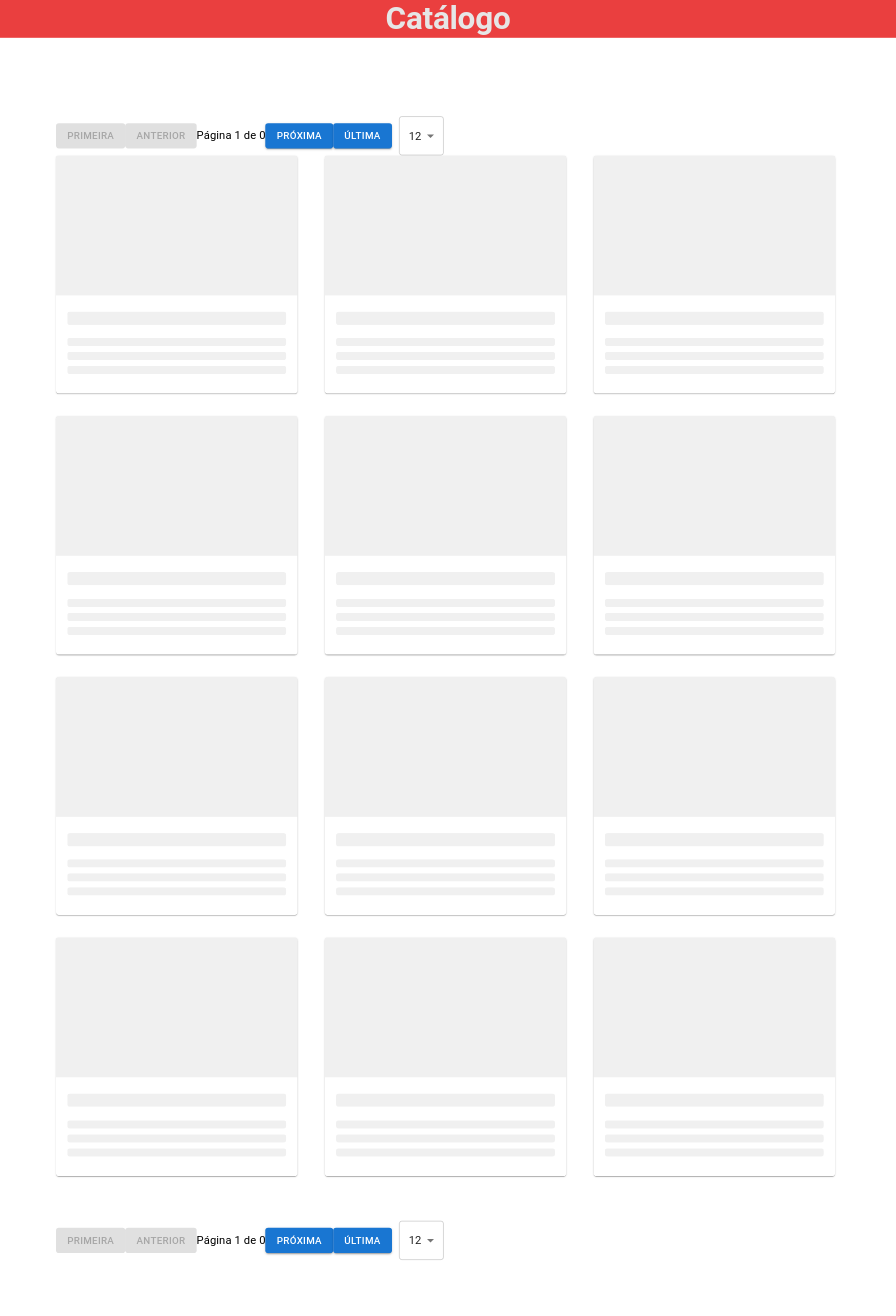
Repository: lenx0/PokeWiki-Front
Page: /
An editor plug-in stored every save of this project. The page is shown before and after the next save, followed by the edit.
The browser window is 1280 px wide. The pictures show the whole page, at 70% of full size.
The page's requests for data from a server got no answer. The project was rebuilt for these pictures with package versions that can differ from the ones it lists, and the page was loaded fresh each time. The framework's server and built-in components were replaced by stand-ins that run in the browser. No one was signed in, and anything a server would have sent is missing. Also part of the build but not shown: next.config.mjs.

Above is the page before, as saved 2024-02-16 22:21:22.

After the next save:
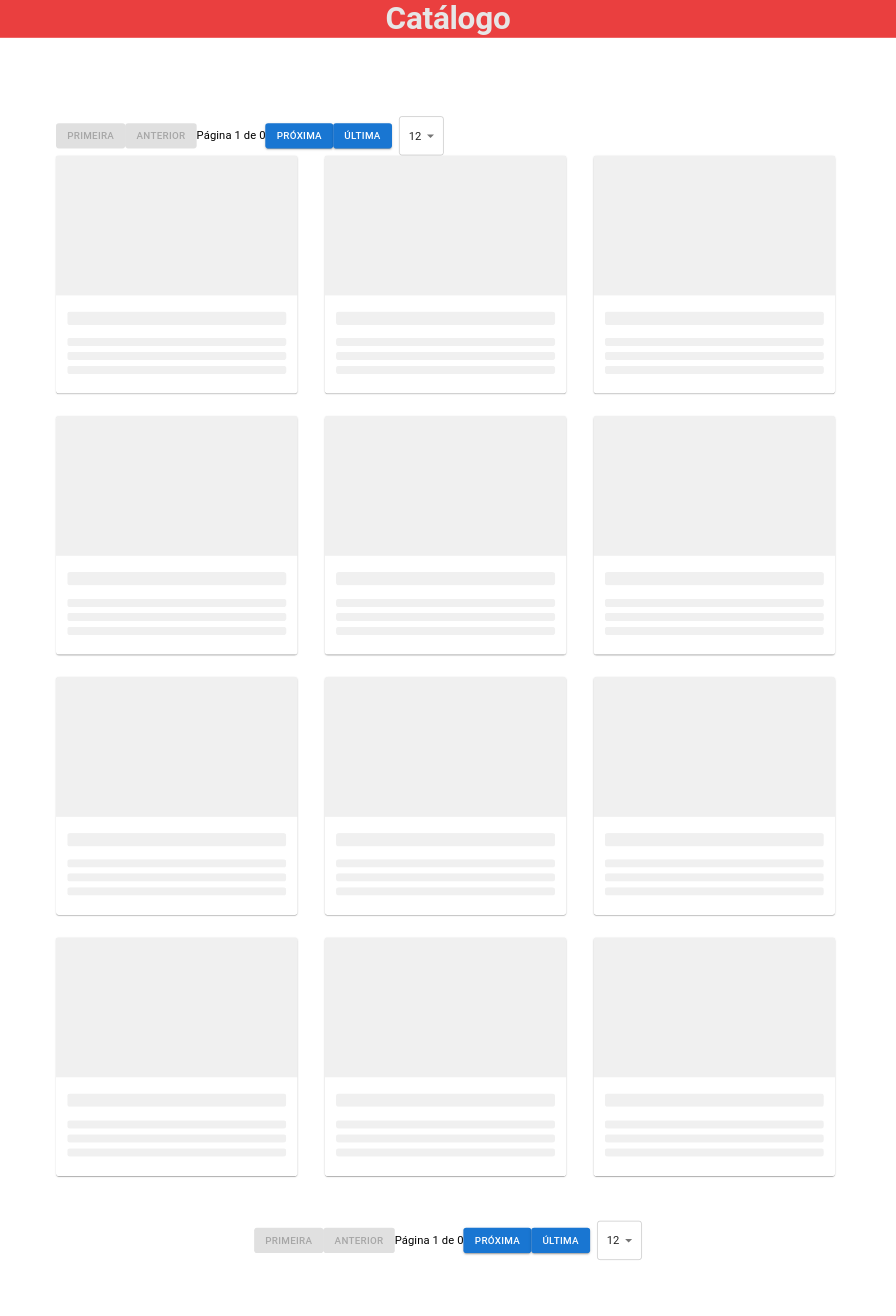
Saved 21 s later.
--- a/src/app/components/Cards/index.jsx
+++ b/src/app/components/Cards/index.jsx
@@ -163,7 +163,7 @@ export default function Cards() {
               </Card>
             </Grid>
           ))}
-          <Grid item>
+          <Grid item lg={12}>
           <Pagination
         page={page}
         totalPages={totalPages}
